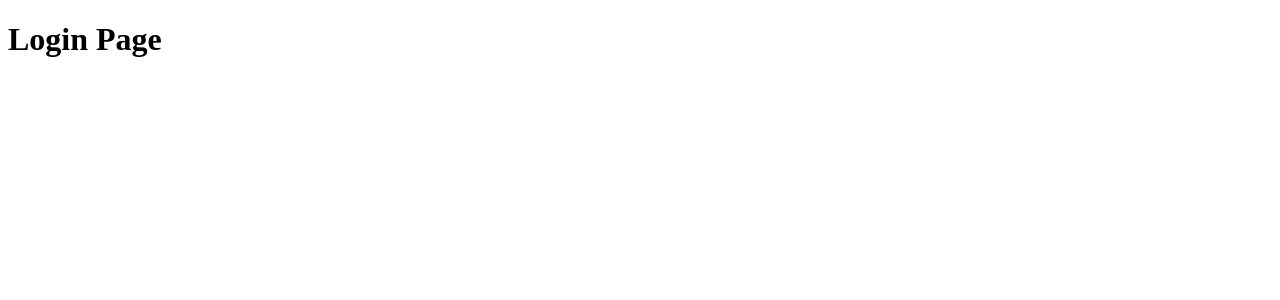
Repository: devgpta19/CDAC-Assignments
Page: http://localhost/CarVehicle/LoginPage.jsp
An editor plug-in stored every save of this project. The page is shown before and after the next save, followed by the edit.
The browser window is 1280 px wide. The pictures show the whole page.
The page is served by Tomcat 9. Other server files are loaded and not shown.

Above is the page before, as saved 2025-12-11 06:13:46.

### Adv.Java/Prac/CarVehicle/src/main/webapp/LoginPage.jsp
<%@ page language="java" contentType="text/html; charset=ISO-8859-1"
    pageEncoding="ISO-8859-1"%>
<!DOCTYPE html>
<html>
<head>
<meta charset="ISO-8859-1">
<title>Insert title here</title>
</head>
<body>

	<h1>Login Page</h1>
	<form action="/validateUser">
		<label></label>
	</form>

</body>
</html>

After the next save:
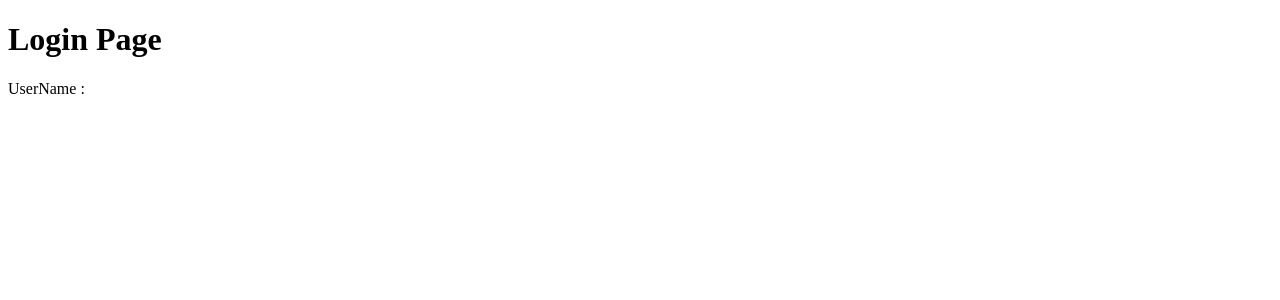
Saved 10 s later.
--- a/Adv.Java/Prac/CarVehicle/src/main/webapp/LoginPage.jsp
+++ b/Adv.Java/Prac/CarVehicle/src/main/webapp/LoginPage.jsp
@@ -10,7 +10,8 @@
 
 	<h1>Login Page</h1>
 	<form action="/validateUser">
-		<label></label>
+		<label>UserName : </label>
+
 	</form>
 
 </body>
